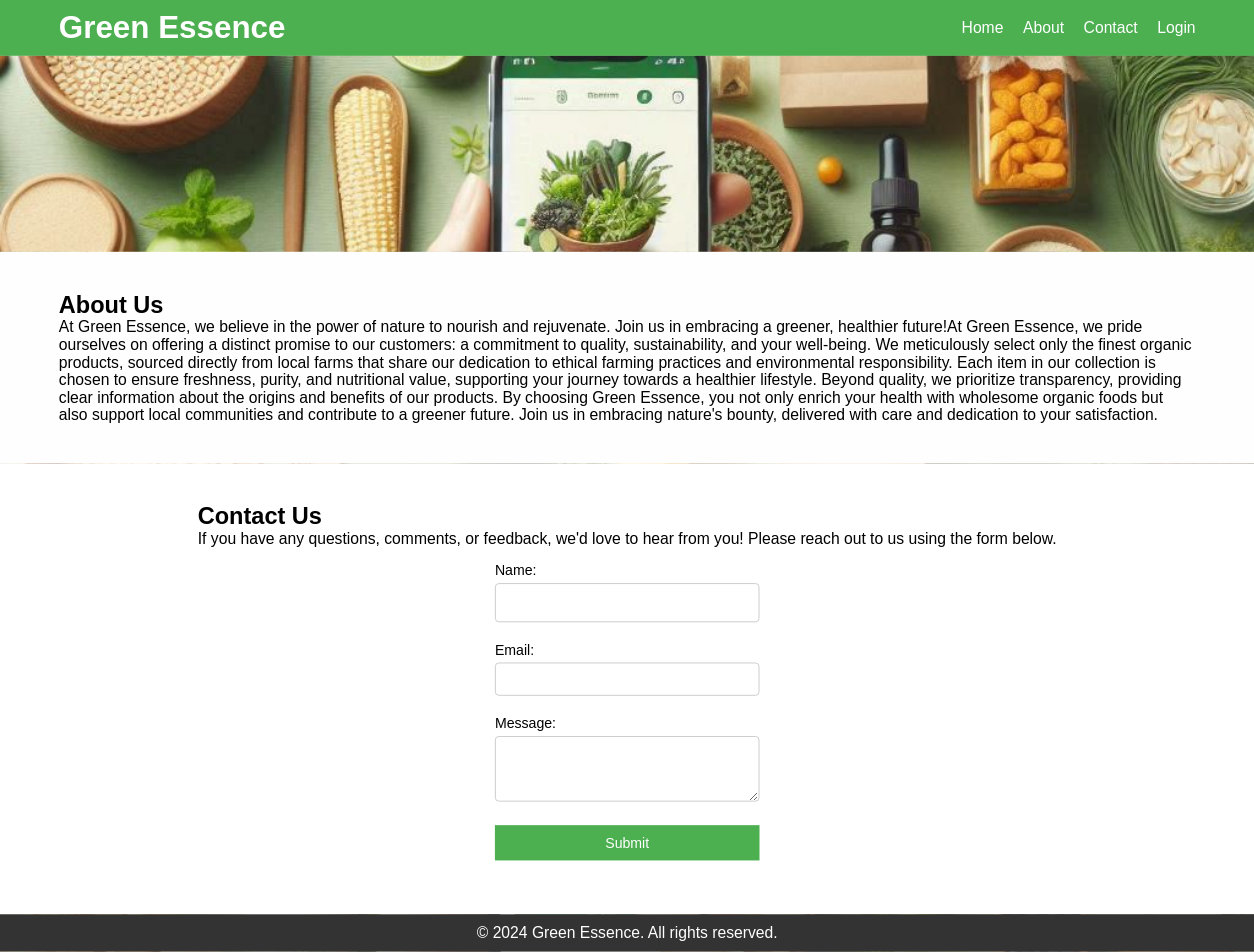
Repository: niki3210/Sahyadri
Page: Projectorganic/index.html
The author's editor kept a copy of each file at every save. The page is drawn from the files as they stood at one save, then again after the next save.
The browser window is 1280 px wide. The pictures show the whole page, at 98% of full size.
Backgrounds fixed to the window are drawn as part of the page.

Above is the page before, as saved 2024-06-21 18:31:42.

### Projectorganic/index.html
<!DOCTYPE html>
<html lang="en">
<head>
    <meta charset="UTF-8">
    <meta name="viewport" content="width=device-width, initial-scale=1.0">
    <title>Green Essence - Organic Food Products</title>
    <link rel="stylesheet" href="styles.css">

</head>
<body>
    <header>
        <div class="container">
            <h1>Green Essence</h1>
            <nav>
                <ul>
                    <li><a href="#home">Home</a></li>
                    <li><a href="#about">About</a></li>
                    <li><a href="#contact">Contact</a></li>
                    <li><a href="login.html">Login</a></li>

                </ul>
            </nav>
        </div>
    </header>

    <section id="home">
        <div class="container">




        </div>
    </section>

    <section id="about">
        <div class="container">
            <h2>About Us</h2>
            <p>At Green Essence, we believe in the power of nature to nourish and rejuvenate. Join us in embracing a greener, healthier
                future!At Green Essence, we pride ourselves on offering a distinct promise to our customers: a commitment to quality,
                sustainability, and your well-being. We meticulously select only the finest organic products, sourced directly from
                local farms that share our dedication to ethical farming practices and environmental responsibility. Each item in
                our collection is chosen to ensure freshness, purity, and nutritional value, supporting your journey towards a
                healthier lifestyle. Beyond quality, we prioritize transparency, providing clear information about the origins and
                benefits of our products. By choosing Green Essence, you not only enrich your health with wholesome organic foods
                but also support local communities and contribute to a greener future. Join us in embracing nature's bounty,
                delivered with care and dedication to your satisfaction.</p>
        </div>
    </section>

    <section id="contact">
        <div class="container">
            <h2>Contact Us</h2>
            <p>If you have any questions, comments, or feedback, we'd love to hear from you! Please reach out to us using the form below.</p>
            <div class="contact-form">
                <form action="/submit_contact" method="POST">
                    <label for="name">Name:</label>
                    <input type="text" id="name" name="name" required>
                    <div class="error" id="name-error"></div>

                    <label for="email">Email:</label>
                    <input type="email" id="contact-email" name="email" required>
                    <div class="error" id="contact-email-error"></div>

                    <label for="message">Message:</label>
                    <textarea id="message" name="message" rows="3" required></textarea>
                    <div class="error" id="message-error"></div>

                    <button type="submit">Submit</button>
                </form>
            </div>
        </div>
    </section>




<footer>
<div class="container">
    <p>&copy; 2024 Green Essence. All rights reserved.</p>
</div>


</body>
</html>

### Projectorganic/styles.css
/* Combined CSS for Home, Login, and Register Pages */

/* Reset default browser styles */
* {
    box-sizing: border-box;
    margin: 0;
    padding: 0;
}

/* Global styles */
body {
    font-family: Arial, sans-serif;
    color: black;
    margin: 0;
    padding: 0;
    box-sizing: border-box;
    min-height: 100vh; /* Ensure body extends to at least the full height of the viewport */
    display: flex;
    flex-direction: column; /* Use flexbox to make sure footer stays at the bottom */
}

/* Header styles */
header {
    background-color: #4CAF50;
    color: white;
    padding: 10px 0;
}

header .container {
    display: flex;
    justify-content: space-between;
    align-items: center;
    max-width: 1200px;
    margin: 0 auto;
    padding: 0 20px;
}

header h1 {
    margin: 0;
}

header nav ul {
    list-style: none;
    margin: 0;
    padding: 0;
    display: flex;
}

header nav ul li {
    margin-left: 20px;
}

header nav ul li a {
    color: white;
    text-decoration: none;
}

header nav ul li a:hover {
    text-decoration: underline;
}

/* Home Page Styles */
#home {
    background-image: url('backgroundhome.jpeg');
    background-size: cover;
    background-repeat: no-repeat;
    background-position: center;
    background-attachment: fixed;
    color: white;
    text-align: center;
    padding: 100px 20px;
}

section {
    padding: 60px 0;
}

.container {
    max-width: 1200px;
    margin: 0 auto;
    padding: 0 20px;
}

/* About Section */
#about {
    background-color: #fffefe;
    padding: 40px 0;
}

/* Contact Form Styles */
#contact {
    background-color: #ffffff;
    padding: 40px 0;
    display: flex;
    justify-content: flex-start; /* Align items to the left */
    align-items: center;
}

.contact-container {
    max-width: 320px;
    padding: 20px;
    background-color: rgb(255, 255, 255);
    border-radius: 3px;
    box-shadow: 0 0 10px rgba(0, 0, 0, 0.1);
    margin: 0 20px 0 0; /* Add margin to the right to separate from other content */
}

form {
    max-width: 300px;
    margin: 0 auto;
    padding: 15px;
    border-color: #4CAF50;
}

label {
    display: block;
    margin-bottom: 5px;
}

input[type="text"],
input[type="email"],
textarea {
    width: 100%;
    padding: 10px;
    margin-bottom: 10px;
    border: 1px solid #ccc;
    border-radius: 4px;
    font-size: 1em;
}

button[type="submit"] {
    background-color: #4CAF50;
    color: white;
    border: none;
    padding: 10px 20px;
    cursor: pointer;
}

button[type="submit"]:hover {
    background-color: #45a049;
}
/* Login/Register Styles */
.login-container,
.register-container {
    max-width: 320px;
    margin: 0 auto;
    padding: 15px;
    background-color: rgb(255, 255, 255);
    border-radius: 3px;
    box-shadow: 0 0 10px rgba(0, 0, 0, 0.1);
    flex: 1; /* Use flex: 1 to push footer to the bottom */
    margin-top: 30px;
    margin-bottom: 60px;
    padding: 20px;
}

body {
    font-family: Arial, sans-serif;
    background-image: url('backgroundhome.jpeg');
    background-size: cover;
    color: black;
}

.login-form, .register-form {
    padding: 15px;
    margin-bottom: 30px;
}

.login-form h2, .register-form h2 {
    text-align: center;
    margin-bottom: 15px;
    font-size: 1.5em;
}

label {
    display: block;
    margin-bottom: 5px;
    font-size: 0.9em;
}

input[type="email"],
input[type="password"] {
    width: 100%;
    padding: 8px;
    margin-bottom: 10px;
    border: 1px solid #ccc;
    border-radius: 4px;
    font-size: 0.9em;
}

.error {
    color: red;
    font-size: 0.8em;
    margin-bottom: 10px;
}

button {
    background-color: #4CAF50;
    color: white;
    border: none;
    padding: 8px 15px;
    cursor: pointer;
    transition: background-color 0.3s ease;
    width: 100%;
    font-size: 0.9em;
}

button:hover {
    background-color: #45a049;
}

/* Footer Styles */
footer {
    background-color: #333;
    color: white;
    text-align: center;
    padding: 10px 0;
    width: 100%;

}

footer a {
    color: white;
    margin: 0 10px;
    text-decoration: none;
}

footer a:hover {
    text-decoration: underline;
}

/* Pop-up Styles */
.popup {
    display: none;
    position: fixed;
    top: 20px; /* Position the pop-up near the top of the page */
    left: 50%;
    transform: translateX(-50%);
    background-color: white;
    box-shadow: 0 0 10px rgba(0, 0, 0, 0.1);
    border-radius: 8px;
    z-index: 1000;
    width: 90%; /* Make it full width with some margin */
    max-width: 320px;
    padding: 10px 20px;
}

.popup-content {
    text-align: center;
}

.popup .close {
    position: absolute;
    top: 10px;
    right: 10px;
    cursor: pointer;
    font-size: 1.5em;
}

/* Dashboard Styles */
/* Dashboard Styles */
.dashboard-main {
    flex: 1;
    padding: 20px;
}

.dashboard-section {
    background-color: #ffffff;
    padding: 20px;
    margin-bottom: 20px;
    box-shadow: 0 0 10px rgba(0, 0, 0, 0.1);
    border-radius: 8px;
    transition: transform 0.3s ease, box-shadow 0.3s ease;
}

.dashboard-section:hover {
    transform: translateY(-5px); /* Lift section on hover */
    box-shadow: 0 5px 15px rgba(0, 0, 0, 0.2); /* Add a subtle lift effect */
}

.dashboard-section h2 {
    margin-bottom: 10px;
    color: #4CAF50;
}

.sales-table {
    overflow-x: auto;
    animation: slideIn 0.5s ease; /* Slide in animation for the table */
}

.sales-table table {
    width: 100%;
    border-collapse: collapse;
}

.sales-table th, .sales-table td {
    border: 1px solid #6dfb07;
    padding: 12px; /* Increase padding for better readability */
    text-align: left;
}

.sales-table th {
    background-color: #d1f3d0d0;
    color: #4CAF50; /* Green theme color for table headers */
    text-transform: uppercase;
}

.sales-table tr:nth-child(even) {
    background-color: #f9f9f9;
}

.sales-table tr:hover {
    background-color: #f2f2f2;
}

After the next save:
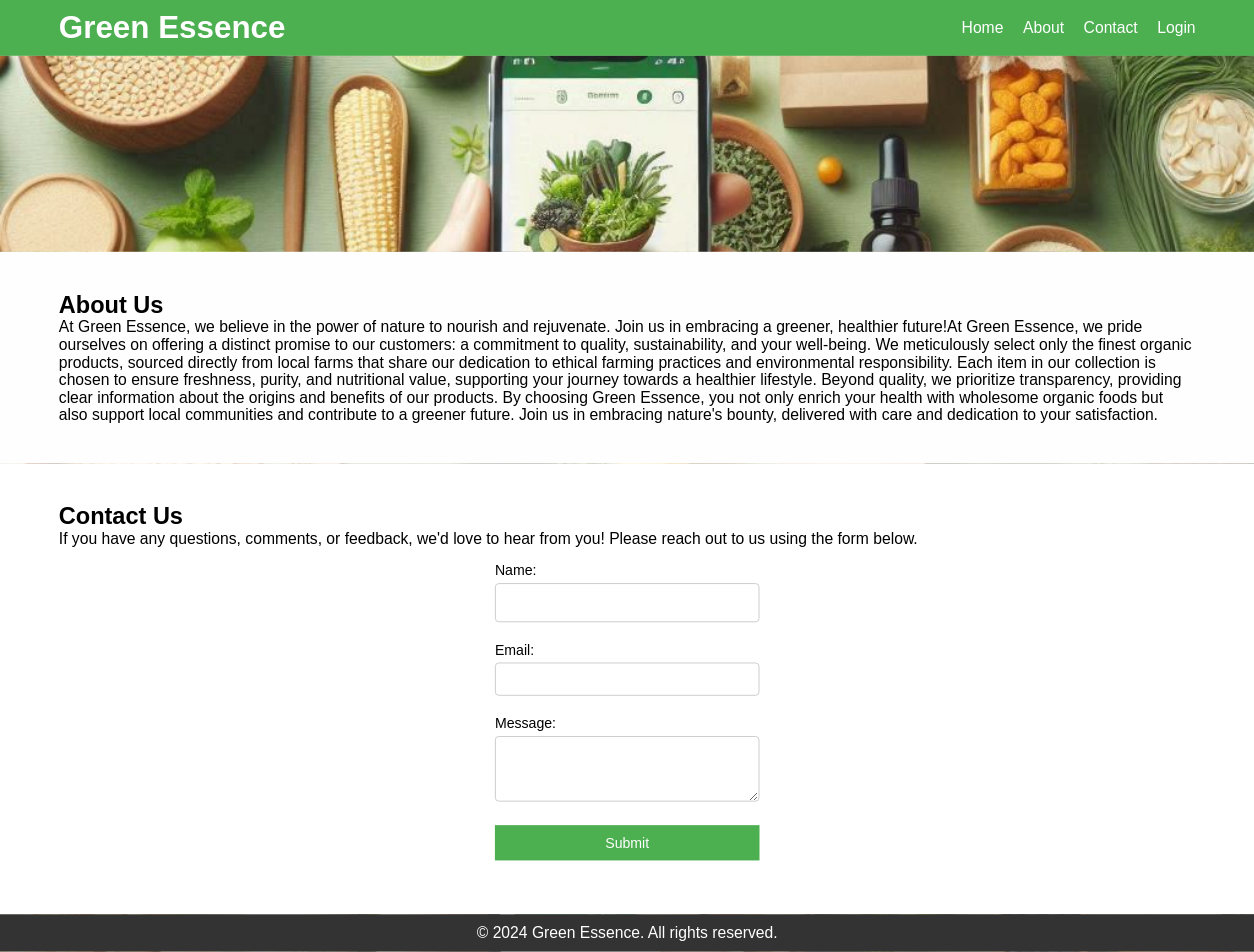
Saved 3 s later.
--- a/Projectorganic/styles.css
+++ b/Projectorganic/styles.css
@@ -91,24 +91,23 @@ section {
 #contact {
     background-color: #ffffff;
     padding: 40px 0;
-    display: flex;
-    justify-content: flex-start; /* Align items to the left */
-    align-items: center;
-}
-
-.contact-container {
-    max-width: 320px;
-    padding: 20px;
+}
+.contact-container {max-width: 320px;
+    margin: 0 auto;
+    padding: 15px;
     background-color: rgb(255, 255, 255);
     border-radius: 3px;
     box-shadow: 0 0 10px rgba(0, 0, 0, 0.1);
-    margin: 0 20px 0 0; /* Add margin to the right to separate from other content */
-}
-
+    flex: 1; /* Use flex: 1 to push footer to the bottom */
+    margin-top: 30px;
+    margin-bottom: 60px;
+    padding: 20px;
+}
 form {
     max-width: 300px;
-    margin: 0 auto;
     padding: 15px;
+    margin-bottom: 30px;
+    margin: 0 auto;
     border-color: #4CAF50;
 }
 
@@ -134,11 +133,13 @@ button[type="submit"] {
     border: none;
     padding: 10px 20px;
     cursor: pointer;
+
 }
 
 button[type="submit"]:hover {
     background-color: #45a049;
 }
+
 /* Login/Register Styles */
 .login-container,
 .register-container {
